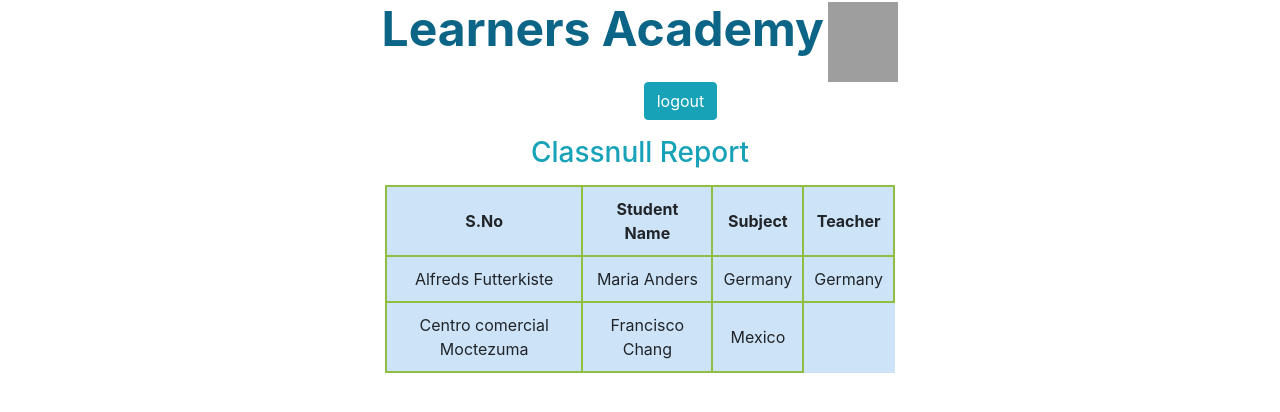
Repository: sindurup/Phase2Project
Page: http://localhost/LearnersAcademyPro/classReport.jsp
The author's editor kept a copy of each file at every save. The page is drawn from the files as they stood at one save, then again after the next save.
The browser window is 1280 px wide. The pictures show the whole page.
Pictures or frames that could not be fetched are drawn as grey boxes. Some web libraries are served in a nearby version. The page is served by Tomcat 9.

Above is the page before, as saved 2021-09-29 04:30:11.
Console error: TypeError: Cannot read properties of undefined (reading 'fn')

After the next save:
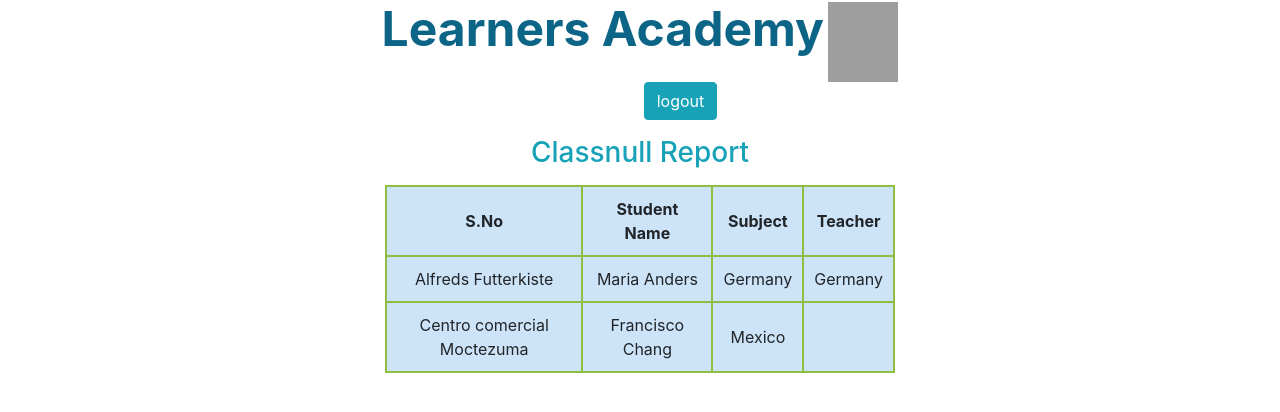
Saved 34 s later.
--- a/LearnersAcademyPro/src/main/webapp/classReport.jsp
+++ b/LearnersAcademyPro/src/main/webapp/classReport.jsp
@@ -13,7 +13,7 @@
 <title>Learners Academy</title>
 <style>
       table {
-        border: 1px;
+       border: 2px solid #8ebf42;
         background-color: #cde3f7;
       }
       td,
